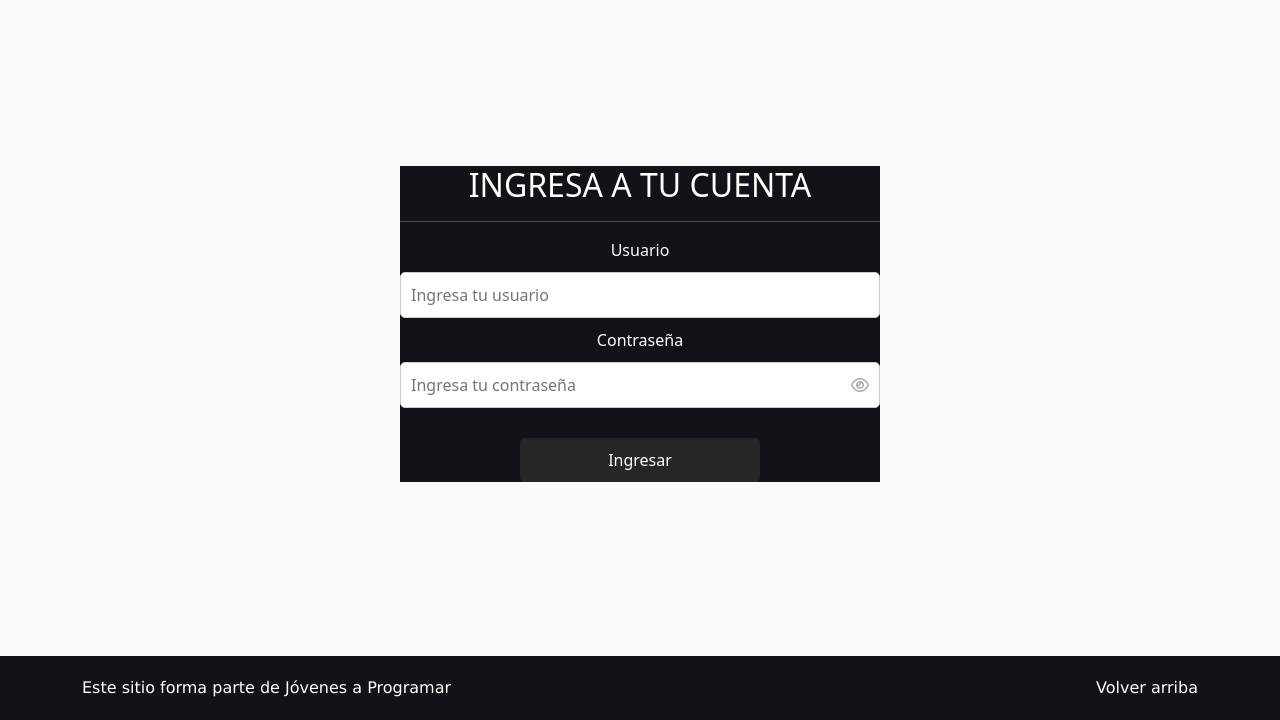
Repository: naticab/proyecto-dw
Page: login.html
The author's editor kept a copy of each file at every save. The page is drawn from the files as they stood at one save, then again after the next save.
The browser window is 1280 px wide. The pictures show the whole page.
Some web fonts or font styles are not loaded; a fallback is used.

Above is the page before, as saved 2024-09-15 14:19:39.

After the next save:
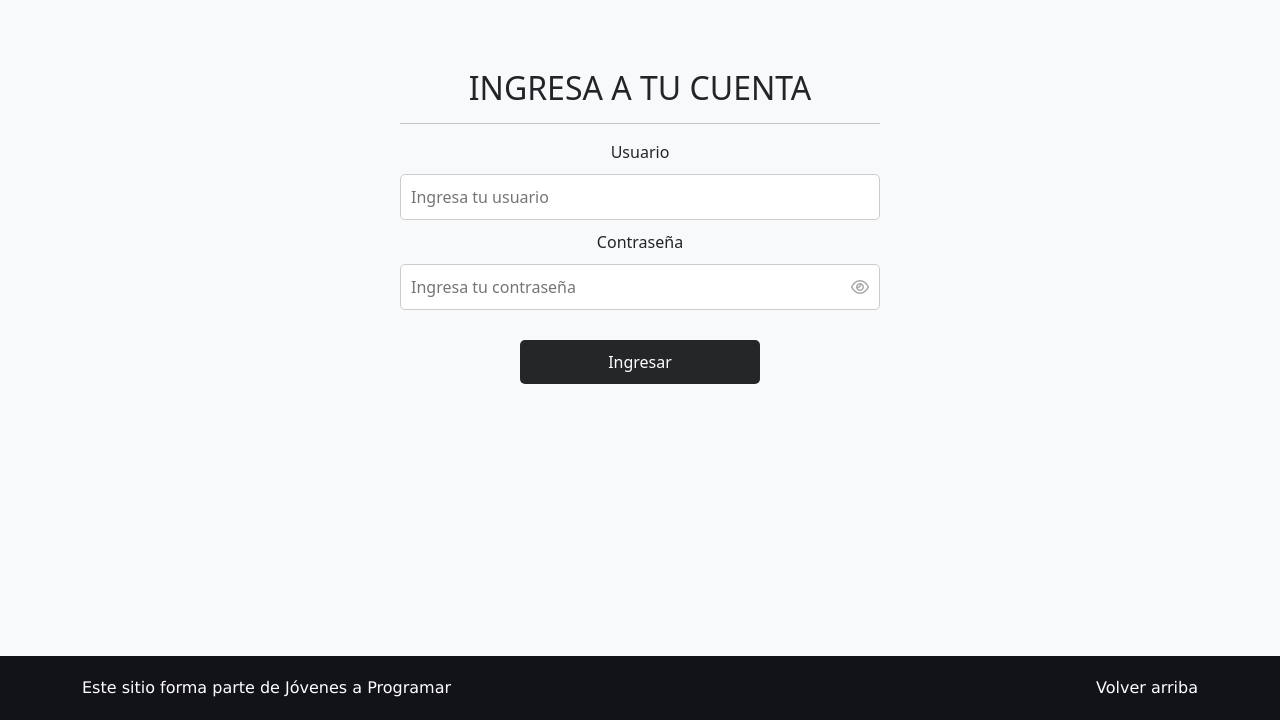
Saved 45 s later.
--- a/login.html
+++ b/login.html
@@ -18,7 +18,7 @@
 
 <body>
 
-  <header>
+  <main>
     <div class="login-container">
       <h2>INGRESA A TU CUENTA</h2>
       <hr>
@@ -33,7 +33,7 @@
 
       <button type="submit" id="button">Ingresar</button>
     </div>
-  </header>
+  </main>
 
   <footer class="text-center py-2">
     <div class="container">
